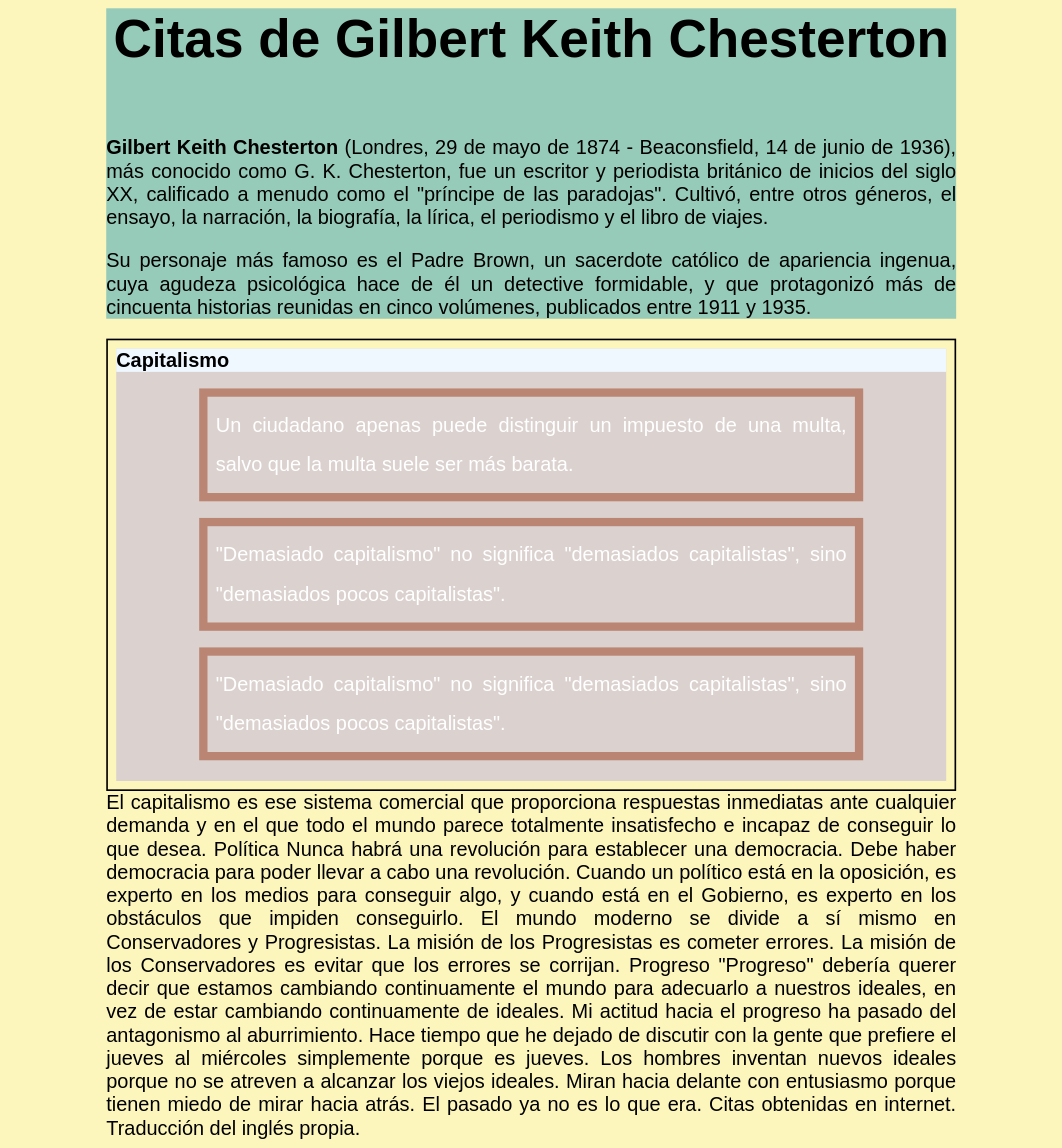
Repository: EmilyMachuca-Developer/Advanced-Programming-Projects
Page: index.html
An editor plug-in stored every save of this project. The page is shown before and after the next save, followed by the edit.
The browser window is 1280 px wide. The pictures show the whole page, at 83% of full size.

Above is the page before, as saved 2024-02-26 20:36:08.

After the next save:
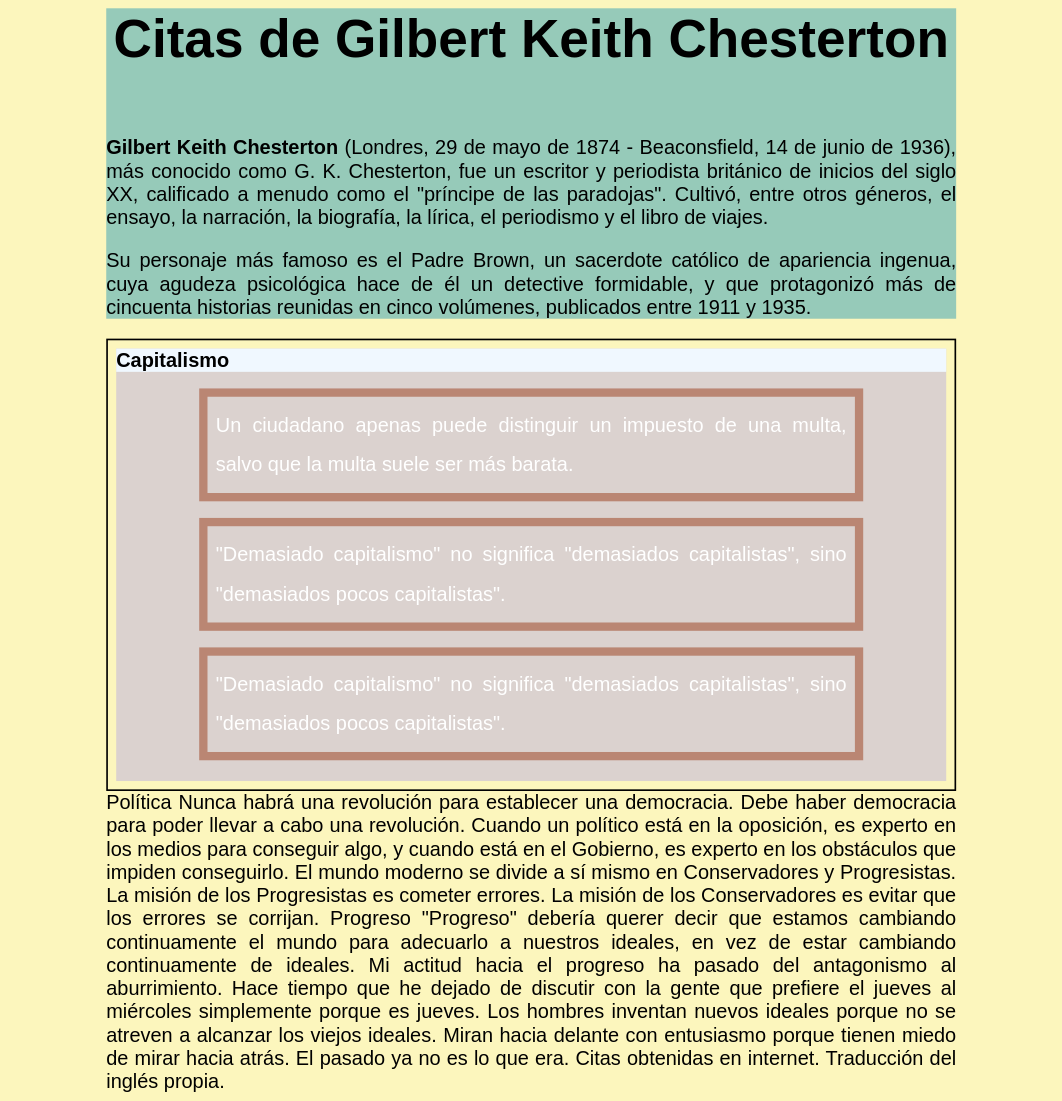
Saved 5 s later.
--- a/index.html
+++ b/index.html
@@ -19,7 +19,7 @@
 
 
 
-El capitalismo es ese sistema comercial que proporciona respuestas inmediatas ante cualquier demanda y en el que todo el mundo parece totalmente insatisfecho e incapaz de conseguir lo que desea.
+
 
 Política
 
